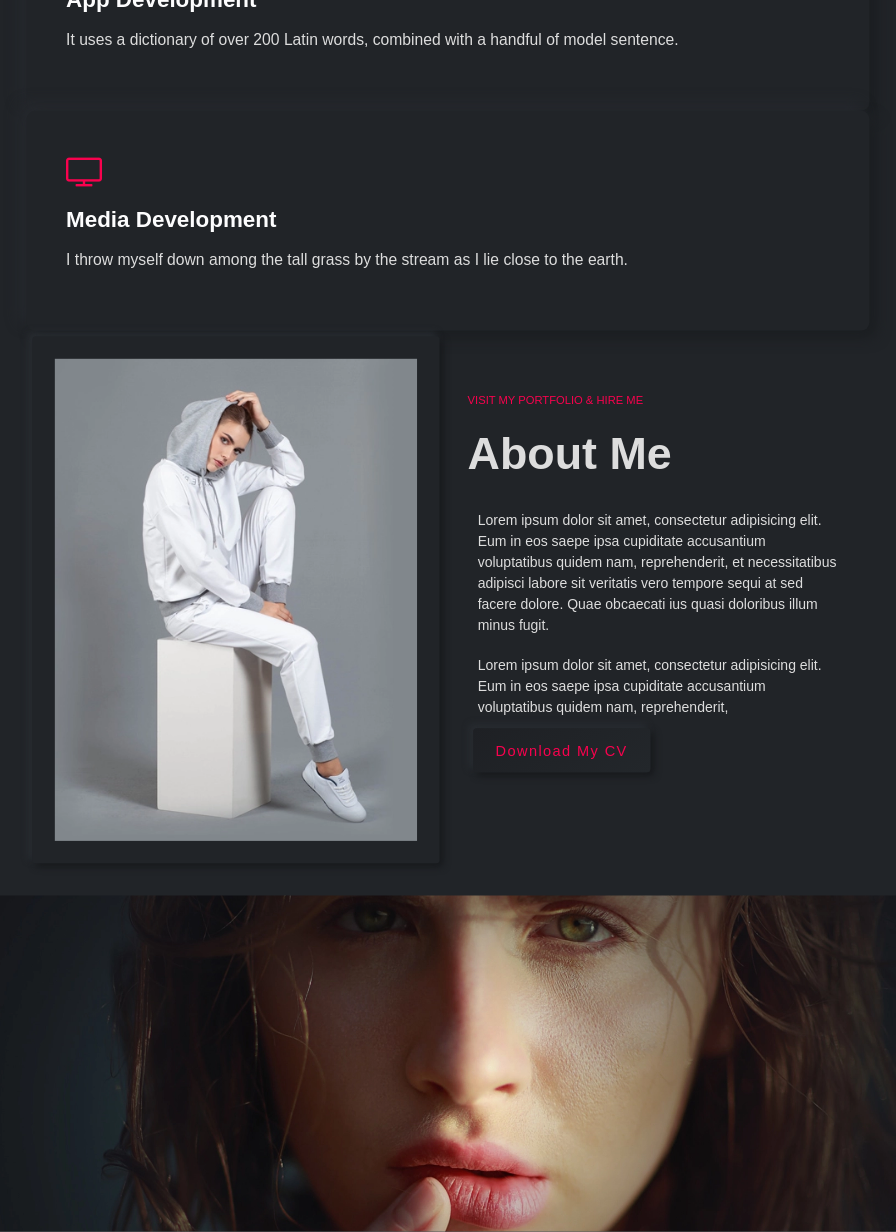
Repository: arminprogramme/inbio
Page: /
These files come from the project's save history. The page is drawn as it stood at one moment and after the next save; the edit follows.
The browser window is 1280 px wide. The pictures show the part of the page from y = 1435 to 3355 px (the page is 3195 px tall before and 3355 px after), at 70% of full size.
Backgrounds fixed to the window are drawn as part of the page. Some web libraries are served in a nearby version. The project was rebuilt for these pictures with package versions that can differ from the ones it lists, and the page was loaded fresh each time. Also part of the build but not shown: vite.config.js.

Above is the page before, as saved 2023-10-20 04:08:55.

After the next save:
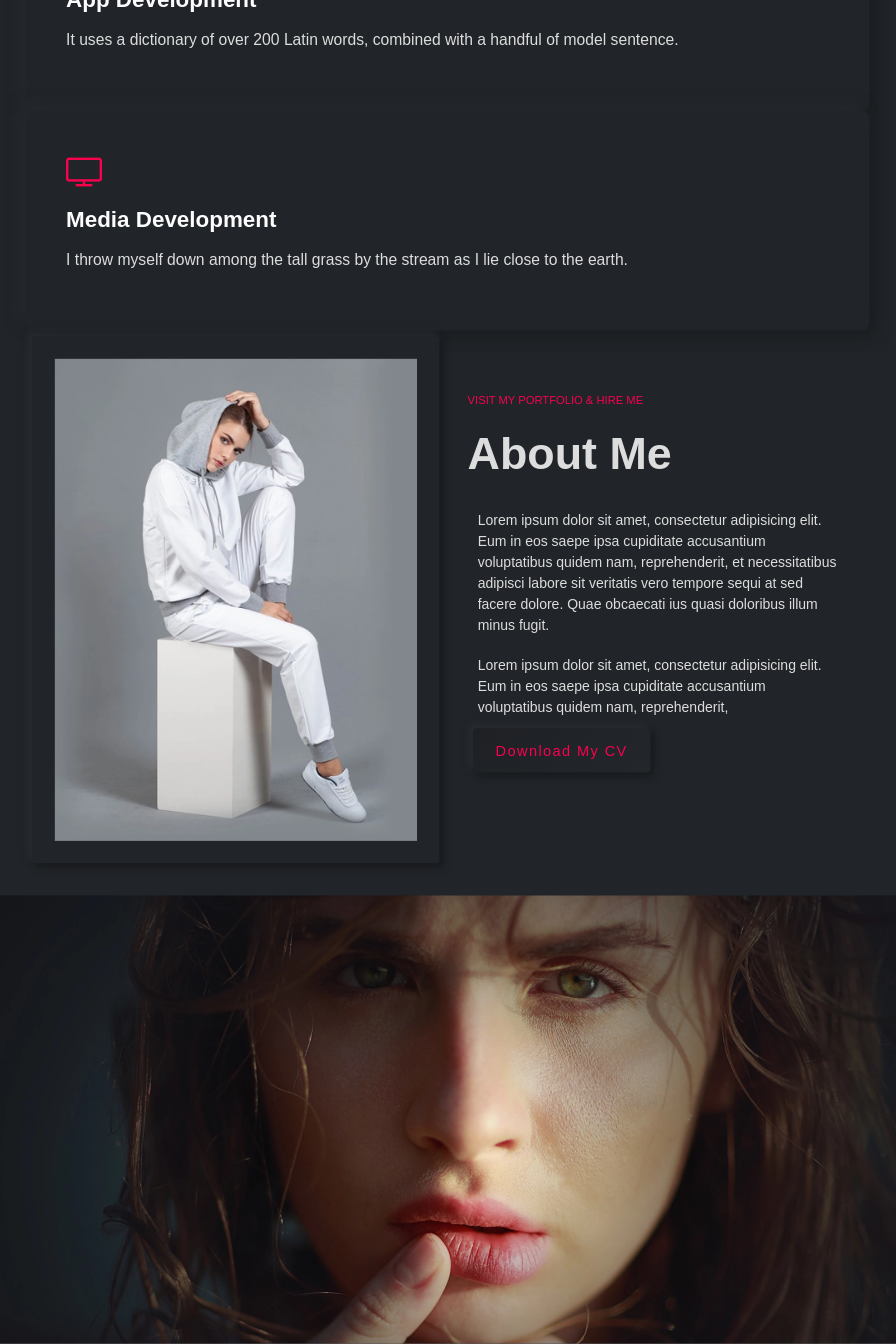
Saved 16 s later.
--- a/src/Component/Body/Body.css
+++ b/src/Component/Body/Body.css
@@ -6,7 +6,8 @@
 
 .girl-bg {
     background-image: url(../../../bg-image-8.webp);
-    padding: 15em;
+    padding: 20em;
+    background-attachment: fixed;
     background-size: cover;
     background-position: center;
 }
